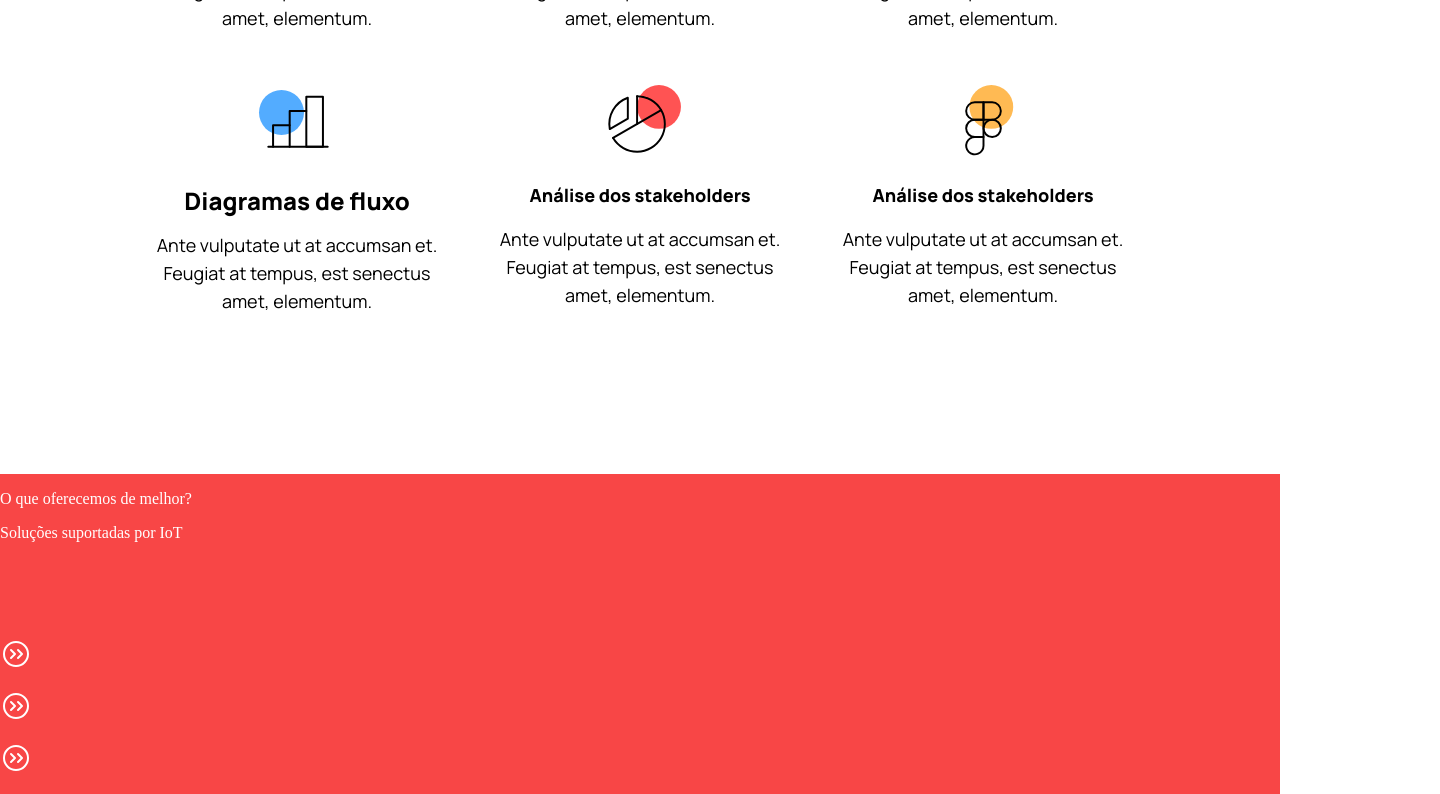
Repository: kleber-goncalves/Landing-Page-Gestao-de-projetos-dnc
Page: index.html
These files come from the project's save history. The page is drawn as it stood at one moment and after a run of saves; the edit follows.
The browser window is 1280 px wide. The page is 1440 px wide, so the pictures cover 1440 px, including what lies to the right of the window. The pictures show the part of the page from y = 1428 to 2268 px (the page is 2222 px tall before and 2268 px after).

Above is the page before, as saved 2025-01-05 01:40:02.

After the next 8 saves:
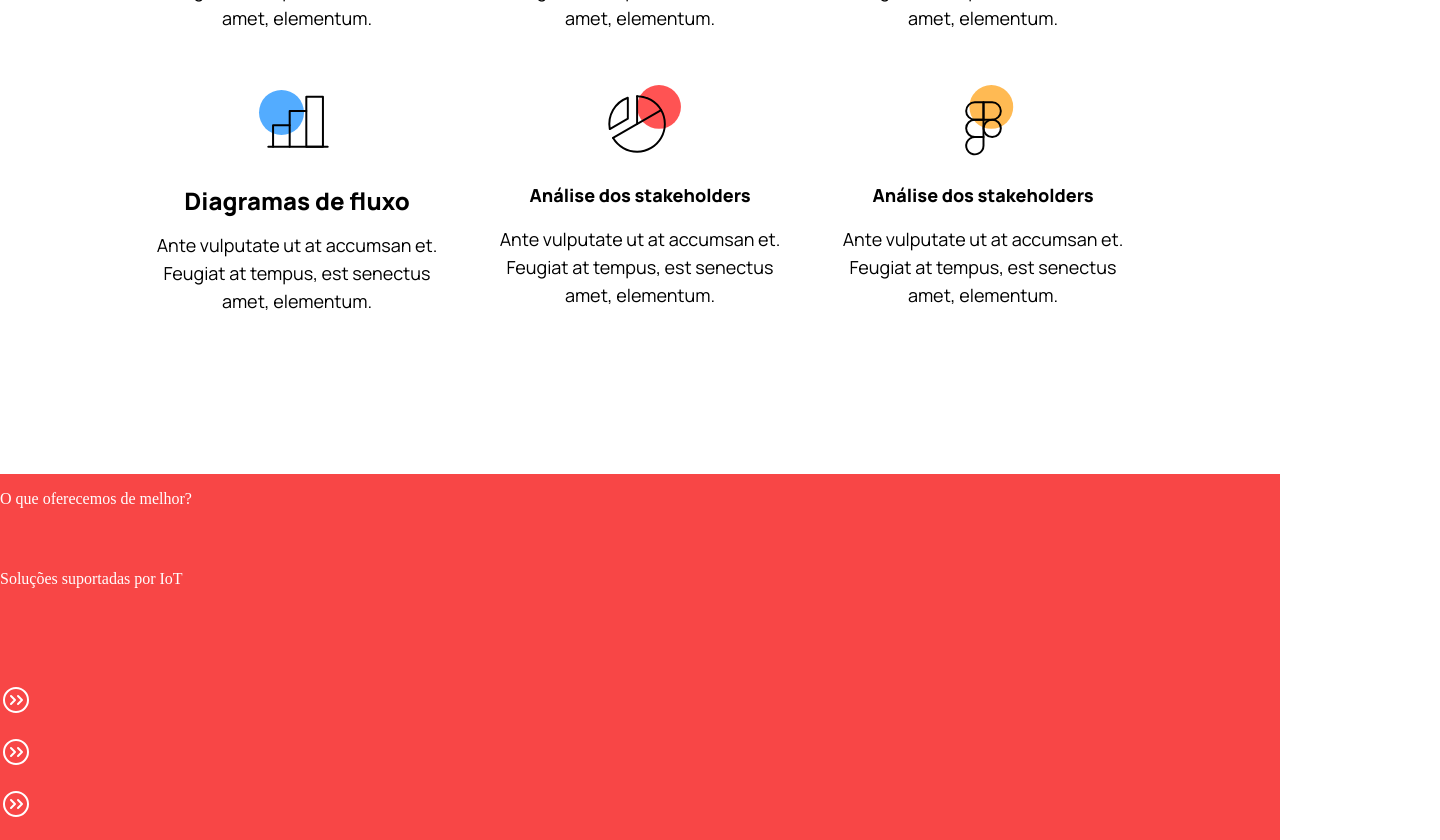
The 8 saves are shown as one change because they came seconds apart.
The last was saved 22 s later.
--- a/style.css
+++ b/style.css
@@ -147,8 +147,8 @@ body {
 }
 
 #txt-meio-2 {
-    width: Fixed (836px)px;
-height: Hug (64px)px;
+    width: 836px;
+    height: 64px;
 gap: 0px;
 opacity: 0px;
 
